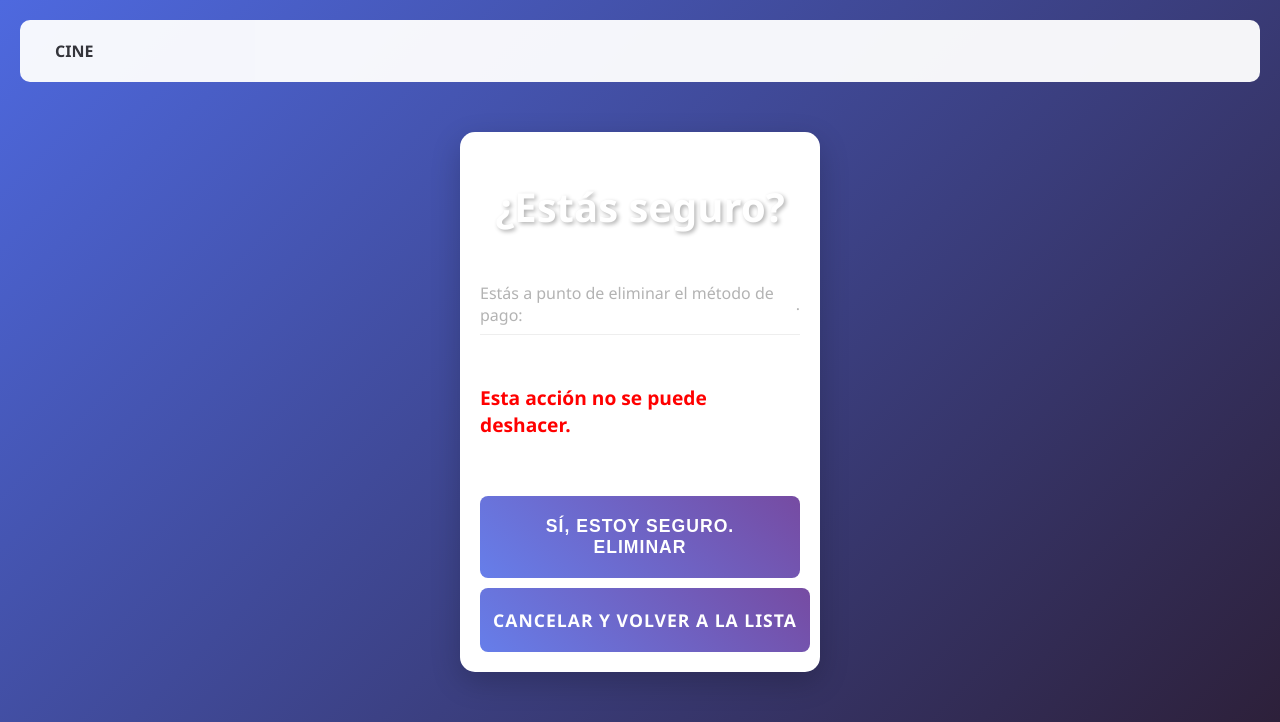
Repository: RoyScc/Practico-Django
Page: tickets/templates/tickets/borrar_metodo.html
These files come from the project's save history. The page is drawn as it stood at one moment and after the next save; the edit follows.
The browser window is 1280 px wide. The pictures show the whole page.
The page is served by the project's application, run on Django 5.2 (manage.py). The template is opened directly, without the code that normally fills it, so the values that code supplies are empty.

Above is the page before, as saved 2026-05-14 00:09:55.

After the next save:
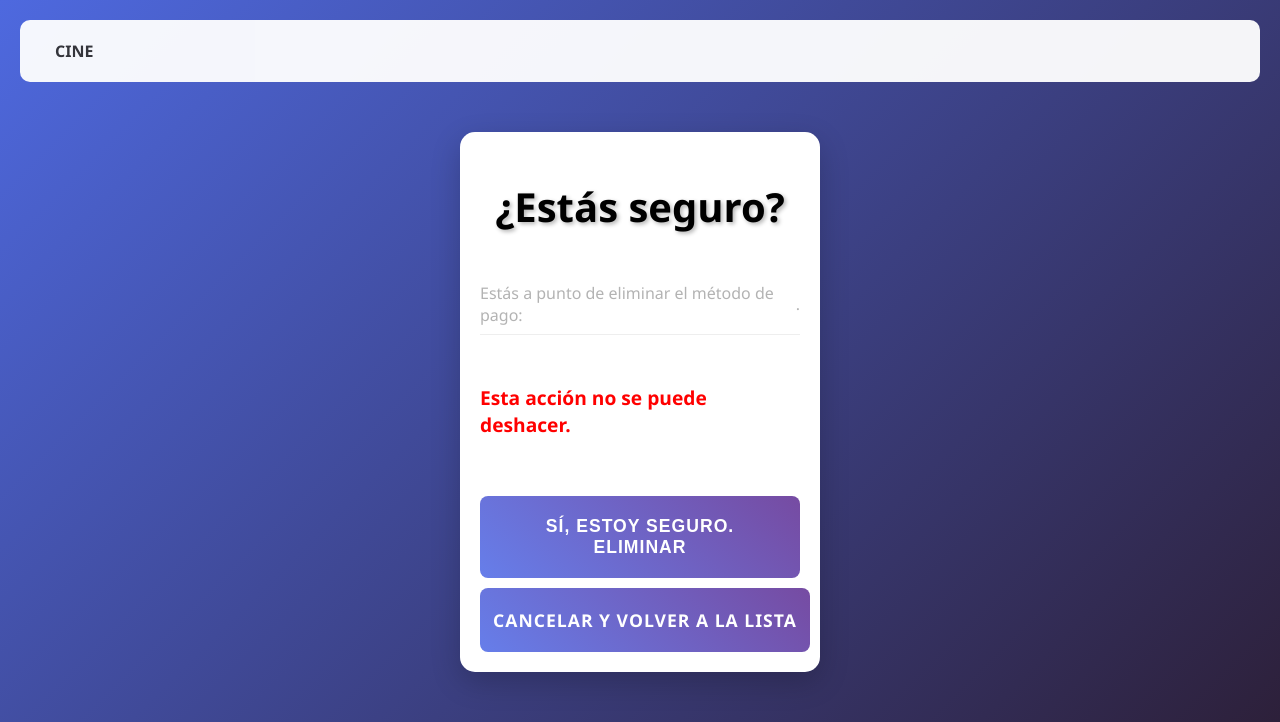
Saved 21 s later.
--- a/tickets/templates/tickets/borrar_metodo.html
+++ b/tickets/templates/tickets/borrar_metodo.html
@@ -5,7 +5,7 @@
 {% block body %}
 <div class="cartelera">
     <div class="ticket-item">
-        <h1>¿Estás seguro?</h1>
+        <h1 style="color:black">¿Estás seguro?</h1>
 
         <p>Estás a punto de eliminar el método de pago: <strong>{{ metodo.nombre }}</strong>.</p>
         <p style="color: red;">Esta acción no se puede deshacer.</p>
